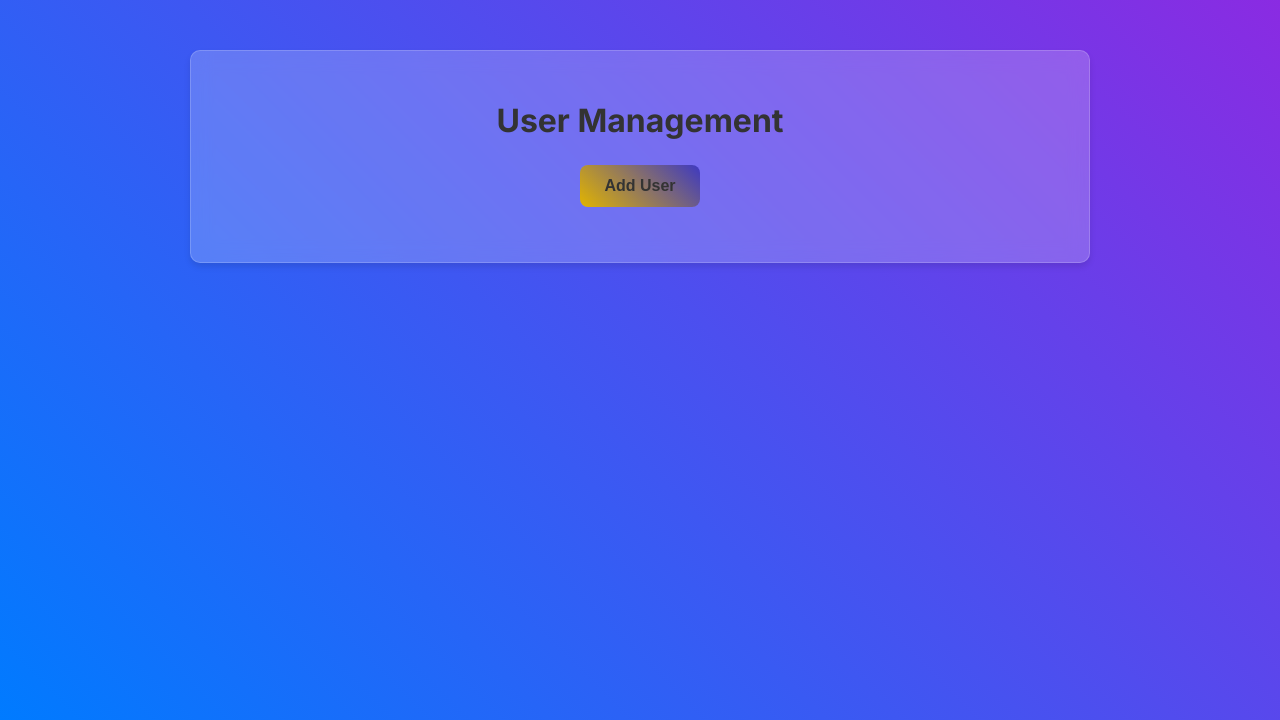
Repository: EeeeeEyyyy/crud-proj
Page: /
These files come from the project's save history. The page is drawn as it stood at one moment and after the next save; the edit follows.
The browser window is 1280 px wide. The pictures show the whole page.
The page's requests for data from a server got no answer. The project was rebuilt for these pictures with package versions that can differ from the ones it lists, and the page was loaded fresh each time. The framework's server and built-in components were replaced by stand-ins that run in the browser. No one was signed in, and anything a server would have sent is missing. Also part of the build but not shown: next.config.mjs.

Above is the page before, as saved 2024-06-25 08:42:11.

After the next save:
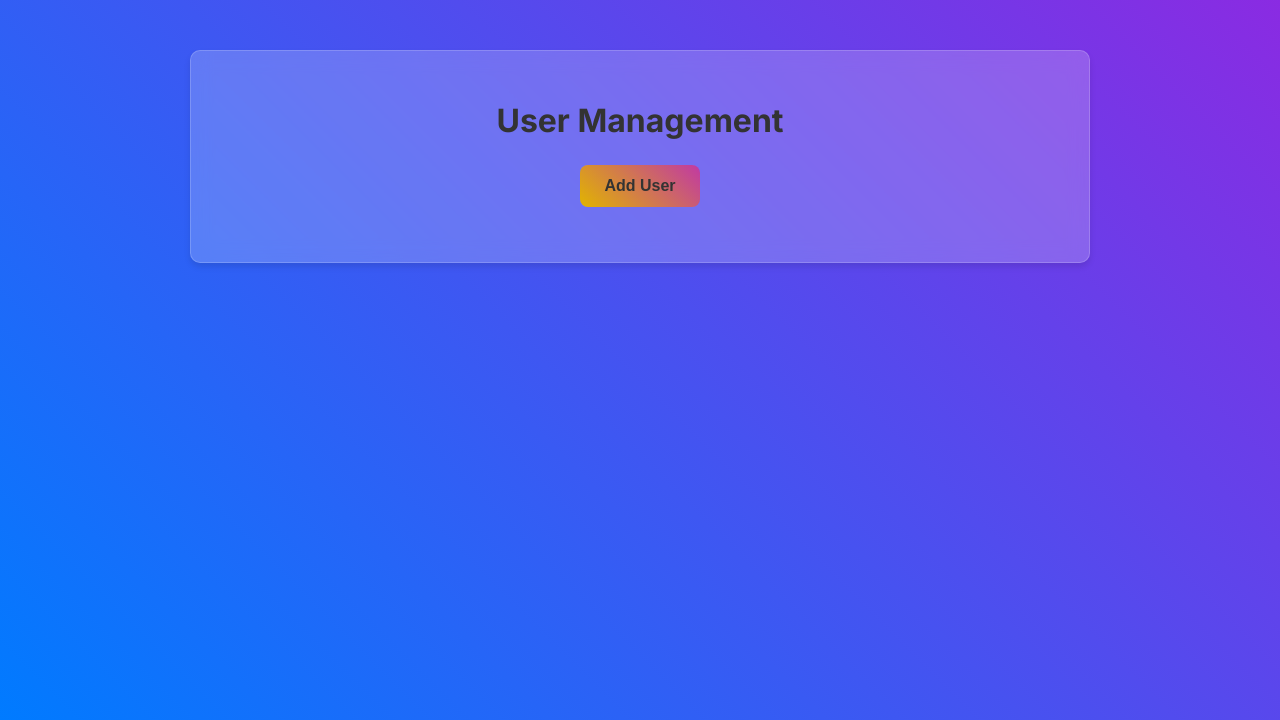
Saved 6 s later.
--- a/src/app/globals.css
+++ b/src/app/globals.css
@@ -478,5 +478,5 @@ input {
 }
 #add-n {
   font-weight: bold;
-  background: linear-gradient(45deg, rgb(225, 180, 0), rgb(62, 57, 193));
-}
+  background: linear-gradient(45deg, rgb(225, 180, 0), rgb(193, 57, 163));
+}
